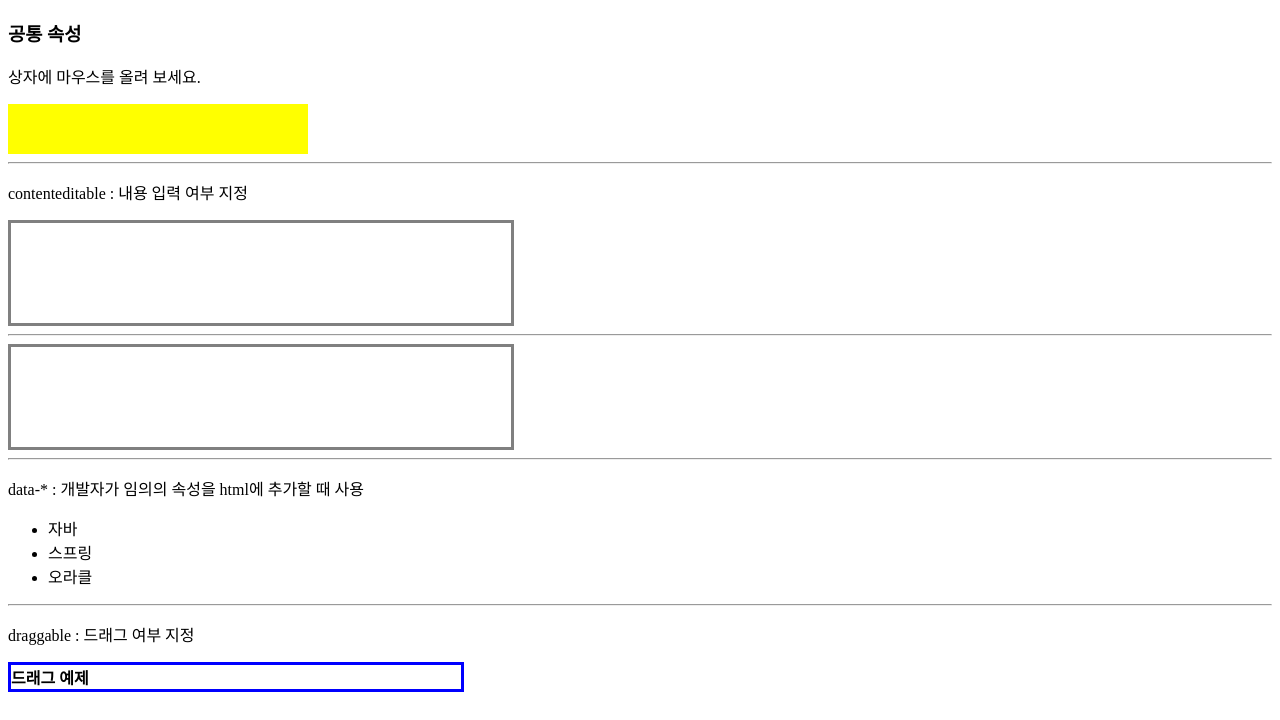
Repository: JiYoon0712/HTML_CSS_javascript
Page: work/study/src/main/webapp/htmlEx/ch02/ex06.html
These files come from the project's save history. The page is drawn as it stood at one moment and after the next save; the edit follows.
The browser window is 1280 px wide. The pictures show the whole page.

Above is the page before, as saved 2023-04-03 03:26:47.

### work/study/src/main/webapp/htmlEx/ch02/ex06.html
<!DOCTYPE html>
<html>
<head>
<meta charset="UTF-8">
<title>Insert title here</title>

<style type="text/css">
.box{
	border: 3px solid gray;
	width: 500px;
	height: 100px;
	overflow: auto;
}

.box2{
	border: 3px solid blue;
	width: 450px;x
	text-align: center;
	font-weight: 700;
}

</style>

</head>
<body>

<h3> 공통 속성 </h3>
<!-- 속성 : 요소의 시작태그에 사용하여 명령어를 구체화 하는 역할을 한다. -->

<p>상자에 마우스를 올려 보세요.</p>
<div title="안녕..." style="width:300px; height:50px; background: yellow;"></div>
<hr>

<p>contenteditable : 내용 입력 여부 지정</p>
<div class="box"></div>
<hr>
<div class="box" contenteditable="true"></div>
<hr>

<p>data-* : 개발자가 임의의 속성을 html에 추가할 때 사용</p>
<ul>
	<li data-subject="java">자바</li>
	<li data-subject="spring">스프링</li>
	<li data-subject="oracle">오라클</li>
</ul>
<hr>

<p>draggable : 드래그 여부 지정</p>
<div class="box2" draggable="true">드래그 예제</div>

</body>
</html>

After the next save:
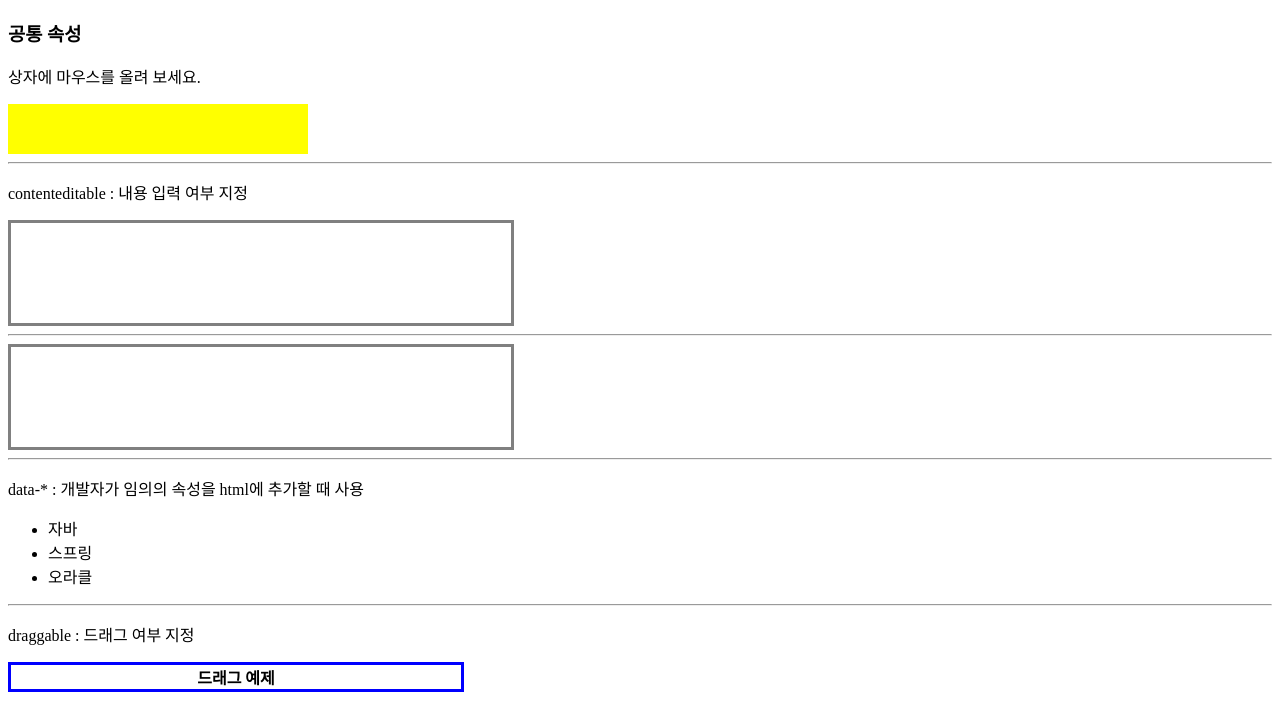
Saved 4 s later.
--- a/work/study/src/main/webapp/htmlEx/ch02/ex06.html
+++ b/work/study/src/main/webapp/htmlEx/ch02/ex06.html
@@ -14,7 +14,8 @@
 
 .box2{
 	border: 3px solid blue;
-	width: 450px;x
+	width: 450px;
+
 	text-align: center;
 	font-weight: 700;
 }
